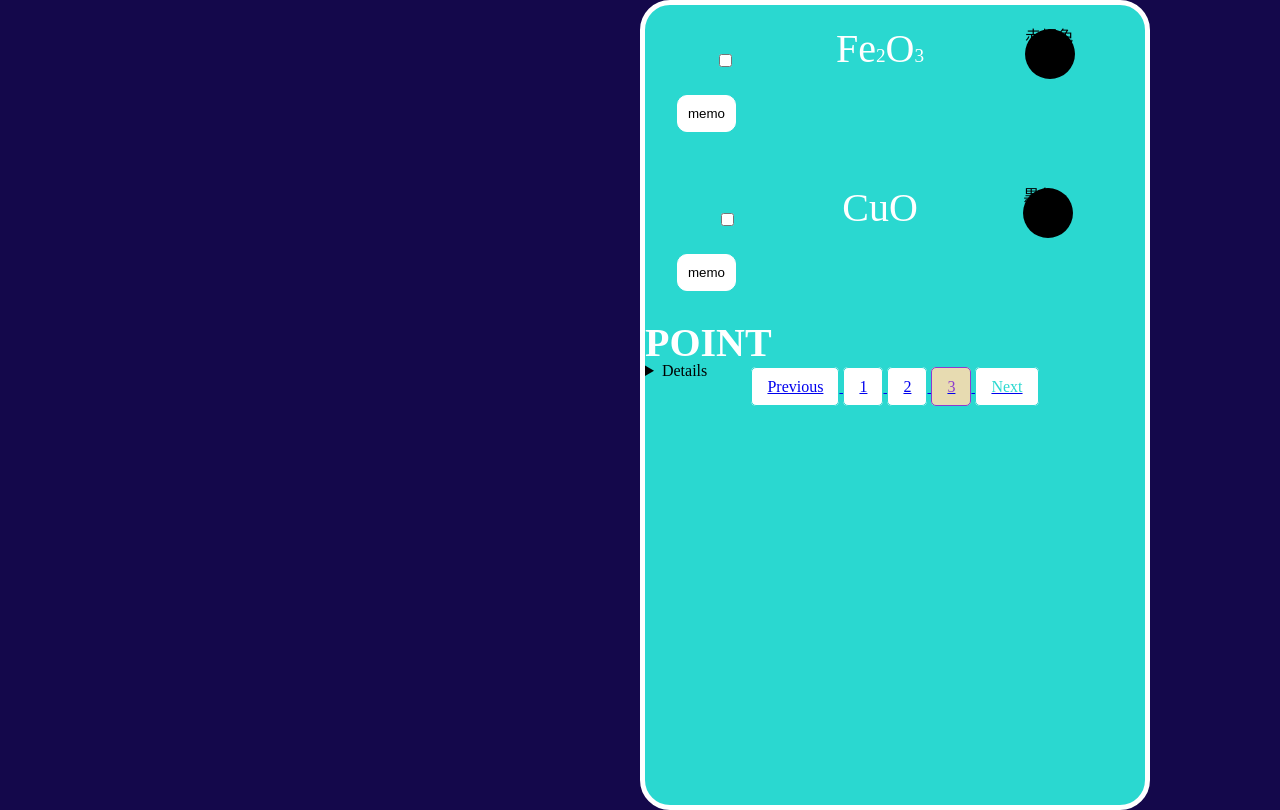
Repository: 1000sky/Inorganic_chemistry_application
Page: http://localhost/index6
The author's editor kept a copy of each file at every save. The page is drawn from the files as they stood at one save, then again after the next save.
The browser window is 1280 px wide. The pictures show the whole page.
The page is served by the project's Laravel application, run on PHP 8.4 with Laravel 8.

Above is the page before, as saved 2022-07-16 15:26:01.

After the next save:
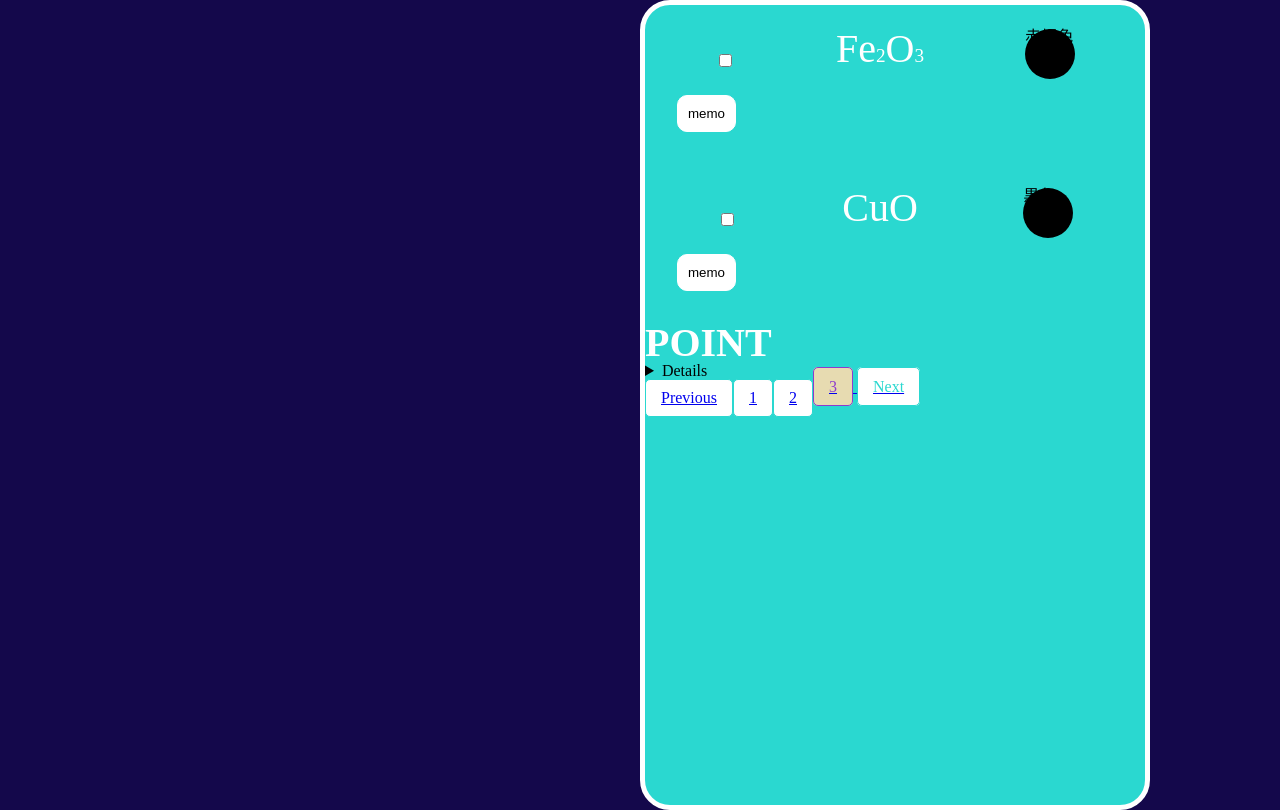
Saved 3 min 15 s later.
--- a/application/public/css/index.css
+++ b/application/public/css/index.css
@@ -63,7 +63,7 @@ span {
 
 .page{
   text-align: center;
-  margin-bottom: -1.5rem;
+  display: flex;
 
 
 }
